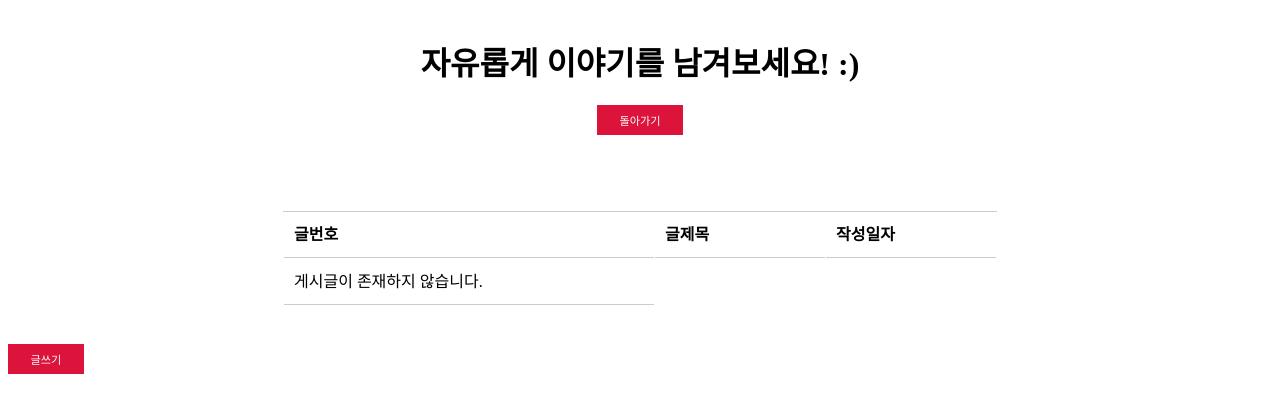
Repository: minkyung0421/NMT_Project
Page: http://localhost/MyPage_Project/list.jsp
These files come from the project's save history. The page is drawn as it stood at one moment and after the next save; the edit follows.
The browser window is 1280 px wide. The pictures show the whole page.
The page is served by Tomcat 9. Queries for data that is not in the repository find no rows.

Above is the page before, as saved 2018-08-30 23:17:08.

After the next save:
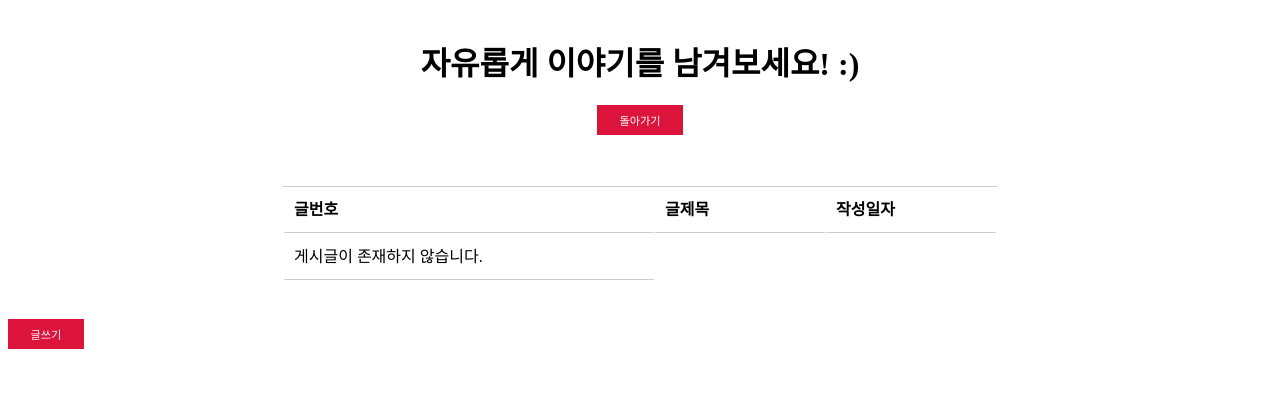
Saved 14 s later.
--- a/NMT_Project/MyPage_Project/WebContent/list.jsp
+++ b/NMT_Project/MyPage_Project/WebContent/list.jsp
@@ -14,7 +14,7 @@
     text-align: left;
     line-height: 1.5;
     border-top: 1px solid #ccc;
-    margin-top:6%;
+    margin-top:4%;
 
 }
 table.type04 th {
